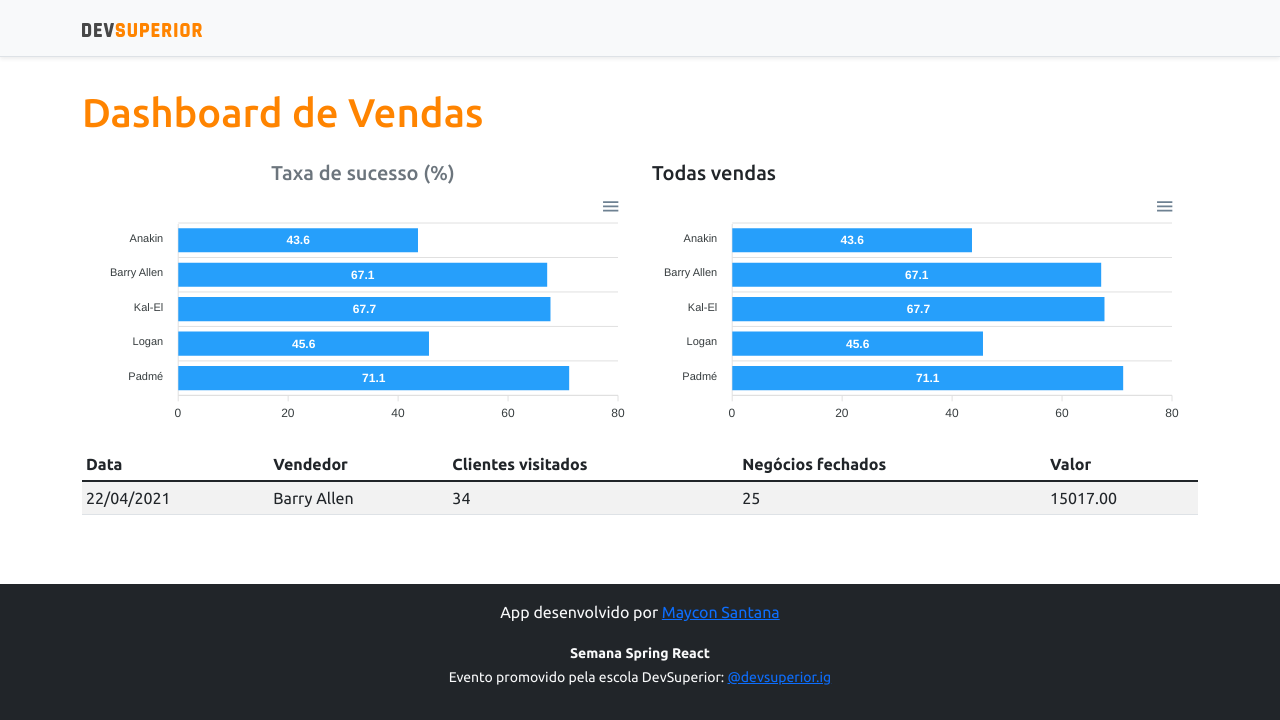
Repository: MayconInforGames2017/evento-dev-superior
Page: / (app in frontend/)
The author's editor kept a copy of each file at every save. The page is drawn from the files as they stood at one save, then again after the next save.
The browser window is 1280 px wide. The pictures show the whole page.
The project was rebuilt for these pictures with package versions that can differ from the ones it lists, and the page was loaded fresh each time.

Above is the page before, as saved 2021-09-07 12:55:52.

### frontend/public/index.html
<!DOCTYPE html>
<html lang="pt_BR">

<head>
    <meta charset="utf-8" />
    <link rel="icon" href="%PUBLIC_URL%/favicon.ico" />
    <meta name="viewport" content="width=device-width, initial-scale=1" />
    <meta name="theme-color" content="#000000" />
    <meta name="description" content="Este app foi desenvolvido na Semana Spring React" />
    <title>DSVendas</title>
</head>

<body>
    <noscript>Você precisa habilitar o JavaScript.</noscript>
    <div id="root"></div>
</body>

</html>

### frontend/src/assets/css/styles.css
@import url('https://fonts.googleapis.com/css2?family=Ubuntu:wght@300;400;500;700&display=swap');
:root {
    --color-primary: #FF8400;
}

html,
body {
    height: 100%;
    font-family: "Ubuntu", sans-serif;
}

#root {
    display: flex;
    flex-direction: column;
    height: 100%;
}

.content {
    flex: 1 0 auto;
}

.footer {
    flex-shrink: 0;
    text-align: center;
}

.bg-primary {
    background-color: var(--color-primary) !important;
}

.text-primary {
    color: var(--color-primary) !important;
}

### frontend/src/App.tsx
import BarChart from "components/BarChart";
import DataTable from "components/DataTable";
import Footer from "components/Footer";
import NavBar from "components/NavBar";

function App() {
  return (
    <>
      <NavBar/>
      <div className="container">
        <h1 className="text-primary py-3">Dashboard de Vendas</h1>

        <div className="row px-3">
          <div className="col-sm-6">
            <h5 className="text-center text-secondary">Taxa de sucesso (%)</h5>
            <BarChart/>
          </div>
          <div className="col-sm-6">
            <h5>Todas vendas</h5>
            <BarChart/>
          </div>

        </div>

        <DataTable/>
      </div>
      <Footer/>
    </>
  );
}

export default App;

### frontend/src/components/BarChart/index.tsx
import Chart from 'react-apexcharts';

const BarChart = () => {

    const options = {
        plotOptions: {
            bar: {
                horizontal: true,
            }
        },
    };

    const mockData = {
        labels: {
            categories: ['Anakin', 'Barry Allen', 'Kal-El', 'Logan', 'Padmé']
        },
        series: [
            {
                name: "% Sucesso",
                data: [43.6, 67.1, 67.7, 45.6, 71.1]
            }
        ]
    };

    return (
        <Chart
            options={{ ...options, xaxis: mockData.labels}}
            series={mockData.series}
            type="bar"
            height="240"
        />
    );
  }

  export default BarChart;

### frontend/src/components/DataTable/index.tsx
const DataTable = () => {
    return (
        <div className="table-responsive">
            <table className="table table-striped table-sm">
                <thead>
                    <tr>
                        <th>Data</th>
                        <th>Vendedor</th>
                        <th>Clientes visitados</th>
                        <th>Negócios fechados</th>
                        <th>Valor</th>
                    </tr>
                </thead>
                <tbody>
                    <tr>
                        <td>22/04/2021</td>
                        <td>Barry Allen</td>
                        <td>34</td>
                        <td>25</td>
                        <td>15017.00</td>
                    </tr>
                </tbody>
            </table>
        </div>
    );
  }

  export default DataTable;

### frontend/src/components/Footer/index.tsx
const Footer = () => {
    return (
        <footer className="footer mt-auto py-3 bg-dark">
            <div className="container">
                <p className="text-light">App desenvolvido por <a href="https://github.com/MayconInforGames2017" target="_blank" rel="noreferrer">Maycon Santana</a></p>
                <p className="text-light"><small><strong>Semana Spring React</strong><br/>
                Evento promovido pela escola DevSuperior: <a href="https://instagram.com/devsuperior.ig" target="_blank" rel="noreferrer">@devsuperior.ig</a></small></p>
            </div>
        </footer>
    );
  }

  export default Footer;

### frontend/src/components/NavBar/index.tsx
import ImgDsDark from 'assets/img/ds-dark.svg';

const NavBar = () => {
    return (
        <div className="d-flex flex-column flex-md-row align-items-center p-3 px-md-4 mb-3 bg-light border-bottom shadow-sm">
            <div className="container">
                <nav className="my-2 my-md-0 mr-md-3">
                    <img src={ImgDsDark} alt="DevSuperior" width="120" />
                </nav>
            </div>
      </div>
    );
  }

  export default NavBar;

Loaded but not shown: frontend/src/index.tsx (common file)

After the next save:
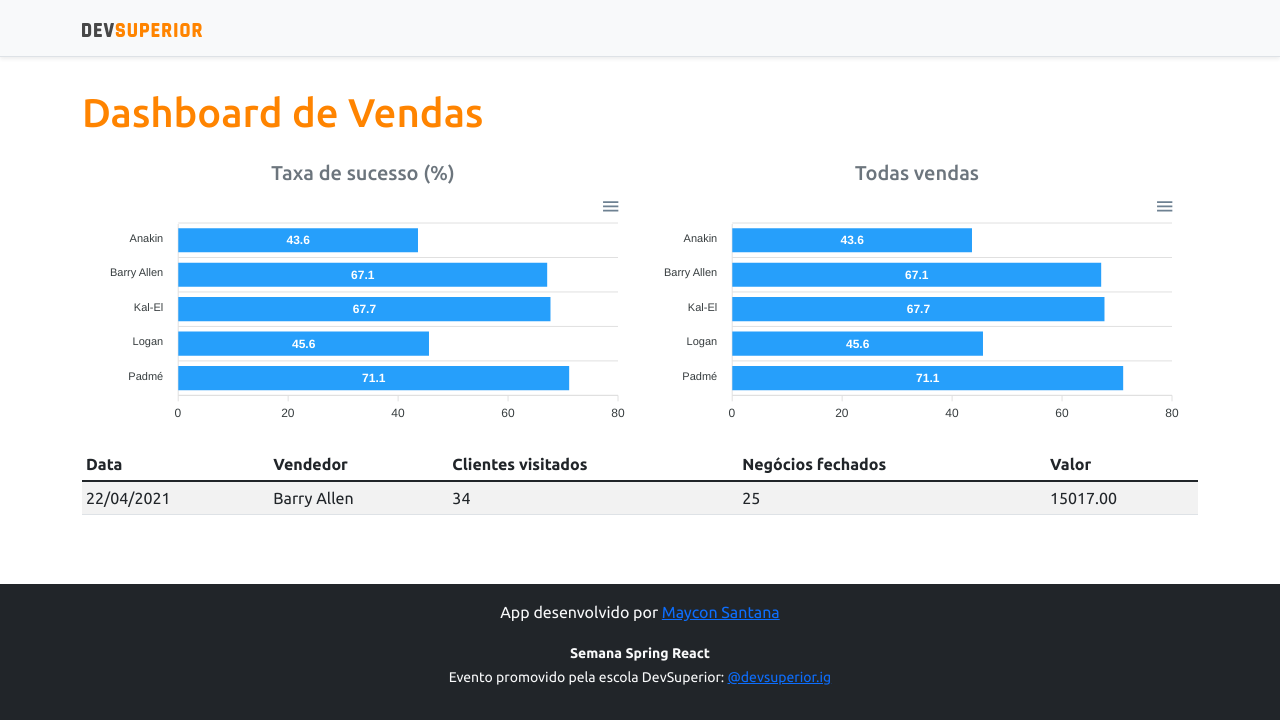
Saved 16 s later.
--- a/frontend/src/App.tsx
+++ b/frontend/src/App.tsx
@@ -16,7 +16,7 @@ function App() {
             <BarChart/>
           </div>
           <div className="col-sm-6">
-            <h5>Todas vendas</h5>
+            <h5 className="text-center text-secondary">Todas vendas</h5>
             <BarChart/>
           </div>
 
